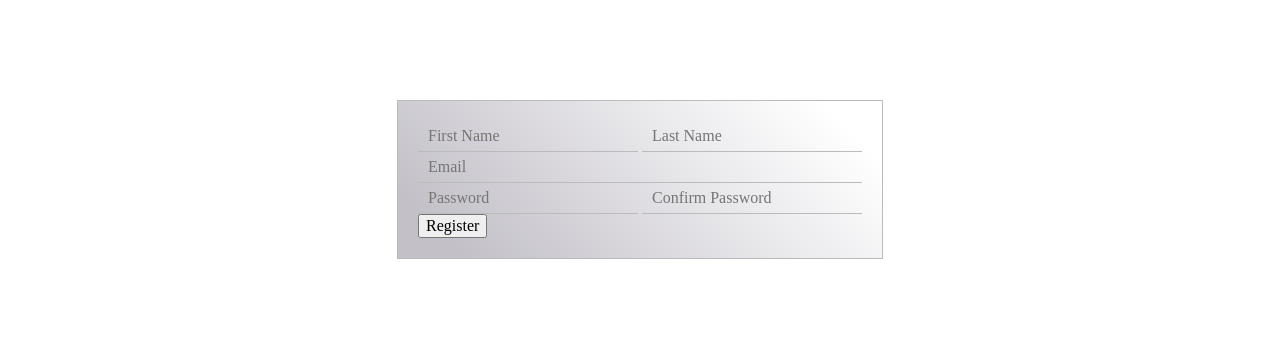
Repository: AMAmine89/vanilla-projects
Page: formo/index.html
An editor plug-in stored every save of this project. The page is shown before and after the next save, followed by the edit.
The browser window is 1280 px wide. The pictures show the whole page.

Above is the page before, as saved 2021-05-05 04:33:56.

### formo/index.html
<!DOCTYPE html>
<html lang="en">
<head>
    <meta charset="UTF-8">
    <meta http-equiv="X-UA-Compatible" content="IE=edge">
    <meta name="viewport" content="width=device-width, initial-scale=1.0">
    <link rel="stylesheet" href="css/normalize.css">
    <link rel="stylesheet" href="style.css">
    <title>Formo</title>
</head>
<body>
    <section>
        <form>
            <div class="double-block">
                <input type="text" name="first-name" placeholder="First Name">
                <input type="text" name="last-name" placeholder="Last Name">
            </div>
            <div>
                <input type="email" name="email" placeholder="Email">
            </div>
            <div class="double-block">
                <input type="password" name="password" placeholder="Password">
                <input type="password" name="confirm-password" placeholder="Confirm Password">
            </div>
            <div>
                <input type="submit" value="Register">
            </div>
        </form>
    </section>
</body>
</html>

### formo/style.css
section {
    display: flex;
    justify-content: center;
    margin-top: 100px;
}

form {
    background: linear-gradient(45deg, rgba(29, 18, 49, 0.267) 10%, white 90%);
    padding: 20px;
    border: 1px solid rgb(187, 187, 187);
    border-radius: 0%;
    -webkit-border-radius: 0%;
    -moz-border-radius: 0%;
    -ms-border-radius: 0%;
    -o-border-radius: 0%;
}

div {

}

input:not(input[type="submit"]) {
    padding: 5px 10px;
    height: 20px;
    background: transparent;
    border-top: none;
    border-right: none;
    border-left: none;
    border-bottom: 1px solid rgb(187, 187, 187);
}

input[type="email"] {
    width: -webkit-fill-available;
}

Loaded but not shown: formo/normalize.css (library)

After the next save:
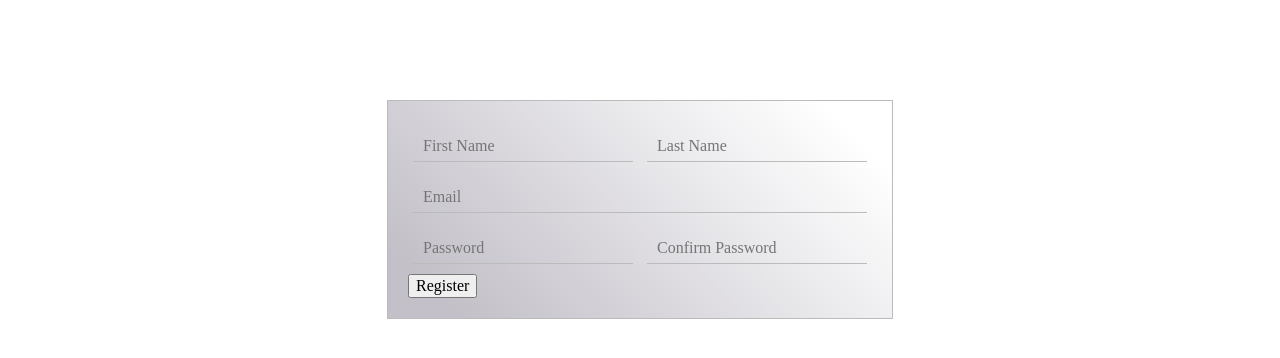
Saved 47 s later.
--- a/formo/style.css
+++ b/formo/style.css
@@ -27,6 +27,7 @@ input:not(input[type="submit"]) {
     border-right: none;
     border-left: none;
     border-bottom: 1px solid rgb(187, 187, 187);
+    margin: 10px 5px;
 }
 
 input[type="email"] {
